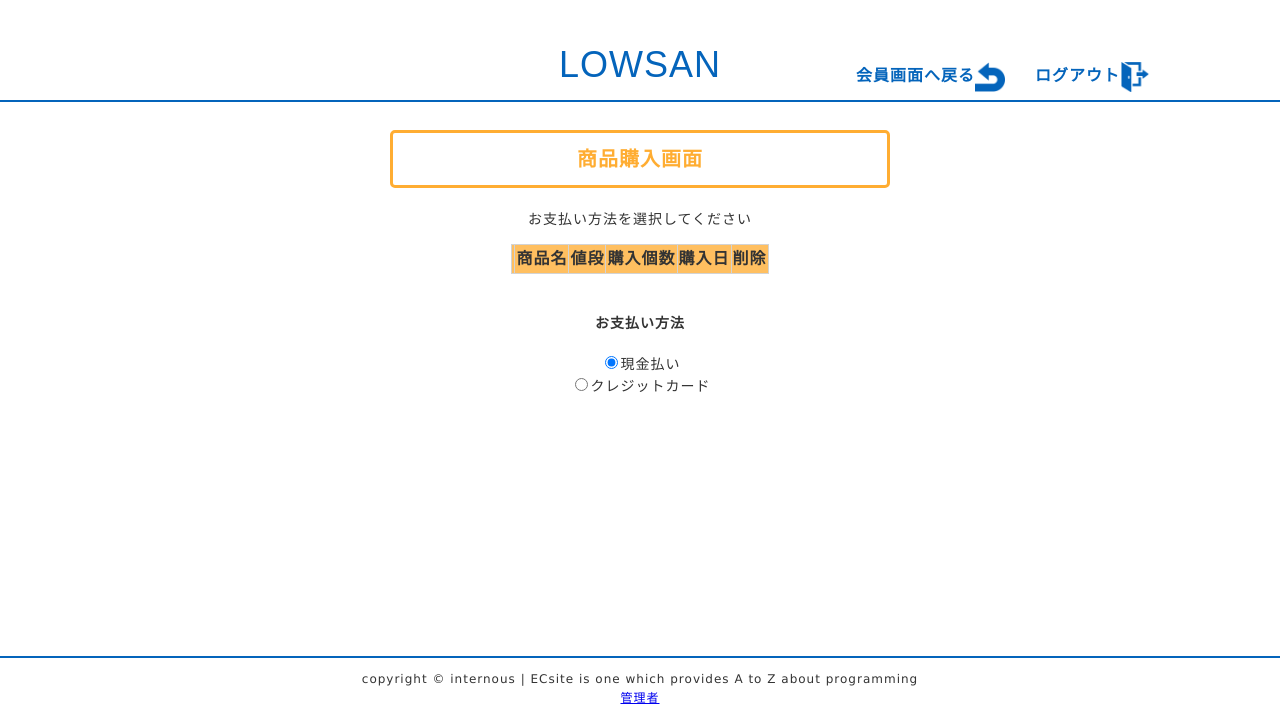
Repository: nishimura0212/myECsite
Page: http://localhost/ecsite/buyItem.jsp
The author's editor kept a copy of each file at every save. The page is drawn from the files as they stood at one save, then again after the next save.
The browser window is 1280 px wide. The pictures show the whole page.
The page is served by Tomcat 9.

Above is the page before, as saved 2019-01-02 14:24:28.

After the next save:
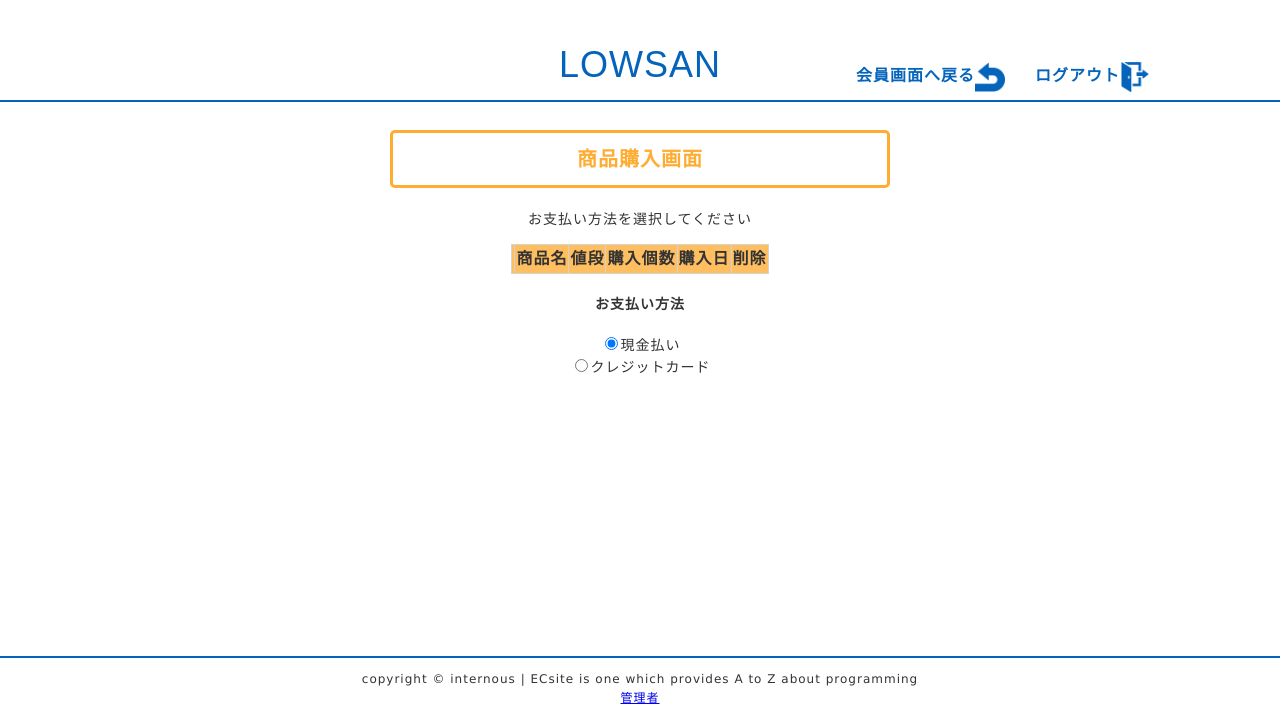
Saved 2 min 7 s later.
--- a/ecsite/WebContent/buyItem.jsp
+++ b/ecsite/WebContent/buyItem.jsp
@@ -34,37 +34,34 @@
 		<div id="top">
 			<p>商品購入画面</p>
 		</div>
-		<div>
-			<p class="comment">お支払い方法を選択してください</p>
-				<table class="history-table">
-					<tr>
-						<th></th>
-						<th>商品名</th>
-						<th>値段</th>
-						<th>購入個数</th>
-						<th>購入日</th>
-						<th>削除</th>
-					</tr>
-					<s:iterator value="cartList">
-						<tr>
-							<td class="td-img"><img
-								src='<s:property value="itemImage"/>' class="buy-item-image"></td>
-							<td><s:property value="item" /></td>
-							<td><s:property value="totalPrice" /><span>円</span></td>
-							<td><s:property value="totalCount" /><span>個</span></td>
-							<td><s:property value="insert_date" /></td>
-							<td><input type="checkbox" name="delete"
-								value='<s:property value="id"/>' /></td>
-						</tr>
-					</s:iterator>
-				</table>
-				<br>
-				<div class="comment">
-					<h4>お支払い方法</h4>
-					<input type="radio" name="pay" value="1" checked="checked">現金払い
-					<br>
-					<input type="radio" name="pay"value="2">クレジットカード
-				</div>
+		<p class="comment">お支払い方法を選択してください</p>
+		<table class="history-table">
+			<tr>
+				<th></th>
+				<th>商品名</th>
+				<th>値段</th>
+				<th>購入個数</th>
+				<th>購入日</th>
+				<th>削除</th>
+			</tr>
+			<s:iterator value="cartList">
+				<tr>
+					<td class="td-img"><img
+						src='<s:property value="itemImage"/>' class="buy-item-image"></td>
+					<td><s:property value="item" /></td>
+					<td><s:property value="totalPrice" /><span>円</span></td>
+					<td><s:property value="totalCount" /><span>個</span></td>
+					<td><s:property value="insert_date" /></td>
+					<td><input type="checkbox" name="delete"
+						value='<s:property value="id"/>' /></td>
+				</tr>
+			</s:iterator>
+		</table>
+		<div class="comment">
+			<h4>お支払い方法</h4>
+			<input type="radio" name="pay" value="1" checked="checked">現金払い
+			<br>
+			<input type="radio" name="pay"value="2">クレジットカード
 		</div>
 	</div>
 	<div id="footer">
